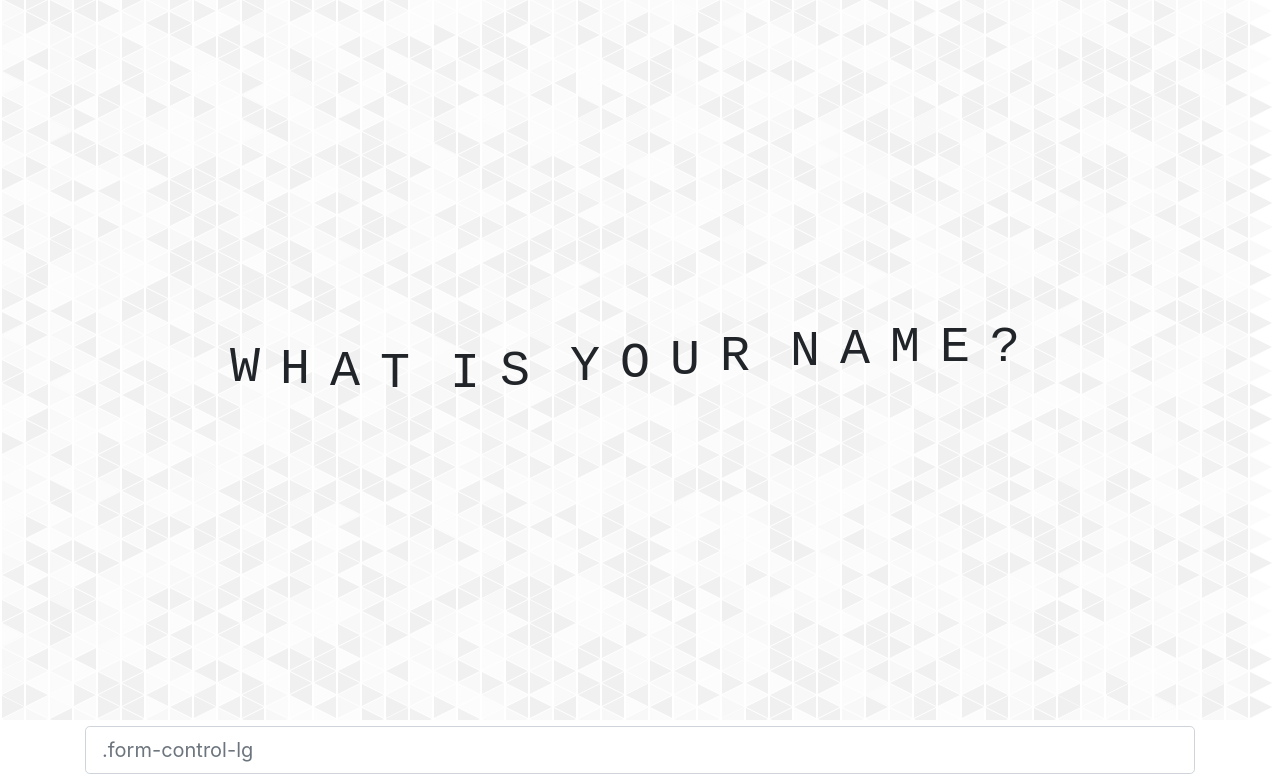
Repository: Aaquib111/Aaquib111.github.io
Page: index.html
An editor plug-in stored every save of this project. The page is shown before and after the next save, followed by the edit.
The browser window is 1280 px wide. The pictures show the whole page.

Above is the page before, as saved 2021-05-12 21:35:21.

### index.html
<!DOCTYPE html>
<html>
    <head>
        <meta charset="utf-8">
        <title></title>
        <link rel="stylesheet" type="text/css" href="css\background.css">
        <link rel="stylesheet" href="https://maxcdn.bootstrapcdn.com/bootstrap/4.0.0/css/bootstrap.min.css" integrity="sha384-Gn5384xqQ1aoWXA+058RXPxPg6fy4IWvTNh0E263XmFcJlSAwiGgFAW/dAiS6JXm" crossorigin="anonymous">
    </head>
    <body>
         <canvas id="canvas" width=""></canvas>

        <div id="inputs">
        Text <input type="text" placeholder="What is your name?" value="What is your name?" id="texty"><br>
        Speed <input type="number" id="omegset" step="0.1" value="1.8"><br>
        Amplitude <input type="number" id="ampset" step='1' value='20'><br>
        Font size <input type="number" id="fonts" step='1' value='50'><br>
        Waves <input type="number" id="waves" step='0.1' value='4' min='0' max='8'><br>
        </div>
        <div class="container">
            <div id="wrap" class="row"></div>
            <div display="flex" flex-direction="column">
                <input class="form-control form-control-lg" type="text" placeholder=".form-control-lg">
            </div>
        </div>


       <script src="js\background.js"></script>
    </body>
</html>

### css/background.css
* {
  margin: 0;
  padding: 0;
}

html, body {
  height: 100%;
  width: 100%;
}

canvas{
  height: 100%;
  width: 100%;
}


#wrap{
  z-index: 1;
  position: absolute;
  left: 0;
  top: 0;
  height: 100vh;
  width: 100vw;
  display: flex;
  align-items: center;
  justify-content: center;
  flex-wrap: wrap;
}

#form-name{
}
.hoovy{
  font-size: 50px;
  font-family: 'VT323',Monospace,sans-serif;
  margin-left: 10px;
  margin-right: 10px;
  -moz-user-select: none;
  -webkit-user-select: none;
  -ms-user-select: none;
}
input{
  background-color: rgba(255,255,255,0.3);
  border: none;
  margin-top: 2px;
  margin-bottom: 2px;
}
#inputs{
  text-align: right;
  color: white;
  font-family: 'VT323';
  padding: 5px 10px;
  border-radius: 5px;
  background-color: rgba(0,0,0,0.2);
  z-index: 2;
  position: absolute;
  box-shadow: #000 2px 3px 10px -2px;
  top: 10px;
  right: 10px;
  -moz-user-select: none;
  -webkit-user-select: none;
  -ms-user-select: none;
  visibility: hidden;
}

### js/background.js
var livePatern = {
    canvas: null,
    context: null,
    cols: 0,
    rows: 0,
    colors: [252, 251, 249, 248, 241, 240],
    triangleColors: [],
    destColors: [],

    init: function(){
      this.canvas = document.getElementById('canvas');
      this.context = this.canvas.getContext('2d');
      this.cols = Math.floor(document.body.clientWidth / 24);
      this.rows = Math.floor(document.body.clientHeight / 24) + 1;

      this.canvas.width = document.body.clientWidth;
      this.canvas.height = document.body.clientHeight;

      this.drawBackground();
      this.animate();
    },

    drawTriangle: function(x, y, color, inverted){
      inverted = inverted == undefined ? false : inverted;

      this.context.beginPath();
      this.context.moveTo(x, y);
      this.context.lineTo(inverted ? x - 22 : x + 22, y + 11);
      this.context.lineTo(x, y + 22);
      this.context.fillStyle = "rgb("+color+","+color+","+color+")";
      this.context.fill();
      this.context.closePath();
    },

    getColor: function(){
      return this.colors[(Math.floor(Math.random() * 6))];
    },

    drawBackground: function(){
      var eq = null;
      var x = this.cols;
      var destY = 0;
      var color, y;

      while(x--){
        eq = x % 2;
        y = this.rows;

        while(y--){
          destY = Math.round((y-0.5) * 24);

          this.drawTriangle(x * 24 + 2, eq == 1 ? destY : y * 24, this.getColor());
          this.drawTriangle(x * 24, eq == 1 ? destY  : y * 24, this.getColor(), true);
        }
      }
    },

    animate: function(){
      var me = this;

      var x = Math.floor(Math.random() * this.cols);
      var y = Math.floor(Math.random() * this.rows);
      var eq = x % 2;

      if (eq == 1) {
        me.drawTriangle(x * 24, Math.round((y-0.5) * 24) , this.getColor(), true);
      } else {
        me.drawTriangle(x * 24 + 2, y * 24, this.getColor());
      }

      setTimeout(function(){
        me.animate.call(me);
      }, 10);
    },
  };

  !function(){livePatern.init();}()


  let waves = 4;

  function docify(str){
    document.getElementById('wrap').innerHTML = "";
    for(let i = 0; i < str.length; i++){
      let el = document.createElement('div');
      el.className = "hoovy";
      el.appendChild(  document.createTextNode(str.charAt(i))  );
      el.setAttribute('data-phi',i*Math.PI/(10 - waves));
      el.style.transform = "";
      document.getElementById('wrap').appendChild(el);
    }
    document.getElementById('wrap').appendChild(document.createElement('br'));
  }

  let omeg = 1.8,
      ampl = 13,
      wrap = document.getElementById('wrap'),
      time = 0;

  function anim(){

    if(omeg * time > 2*Math.PI){
      time = 0;
    }
    for(let k = 0; k < wrap.childNodes.length; k++){
      let elem = wrap.childNodes[k];
      let phi = elem.getAttribute('data-phi');
      elem.style.transform = 'translateY('+ampl*Math.sin(omeg*time + phi/2) + 'px)';
    }
    time += 6/100;
    requestAnimationFrame(anim);
  };

  document.getElementById('wrap').innerHTML = "";

  document.getElementById('ampset').oninput = function(){
    ampl = this.value;
  }
  document.getElementById('omegset').oninput = function(){
    omeg = this.value;
  }
  document.getElementById('fonts').oninput = function(){
    for(let i = 0; i < wrap.childNodes.length; i++){
      wrap.childNodes[i].style.fontSize = document.getElementById('fonts').value + 'px';
    }
  }
  document.getElementById('waves').oninput = function(){
    waves = this.value;
    docify(document.getElementById('texty').value);
  }
  document.getElementById('texty').oninput = function(){
    docify(this.value);
  }

  docify('WHAT IS YOUR NAME?');
  anim();

After the next save:
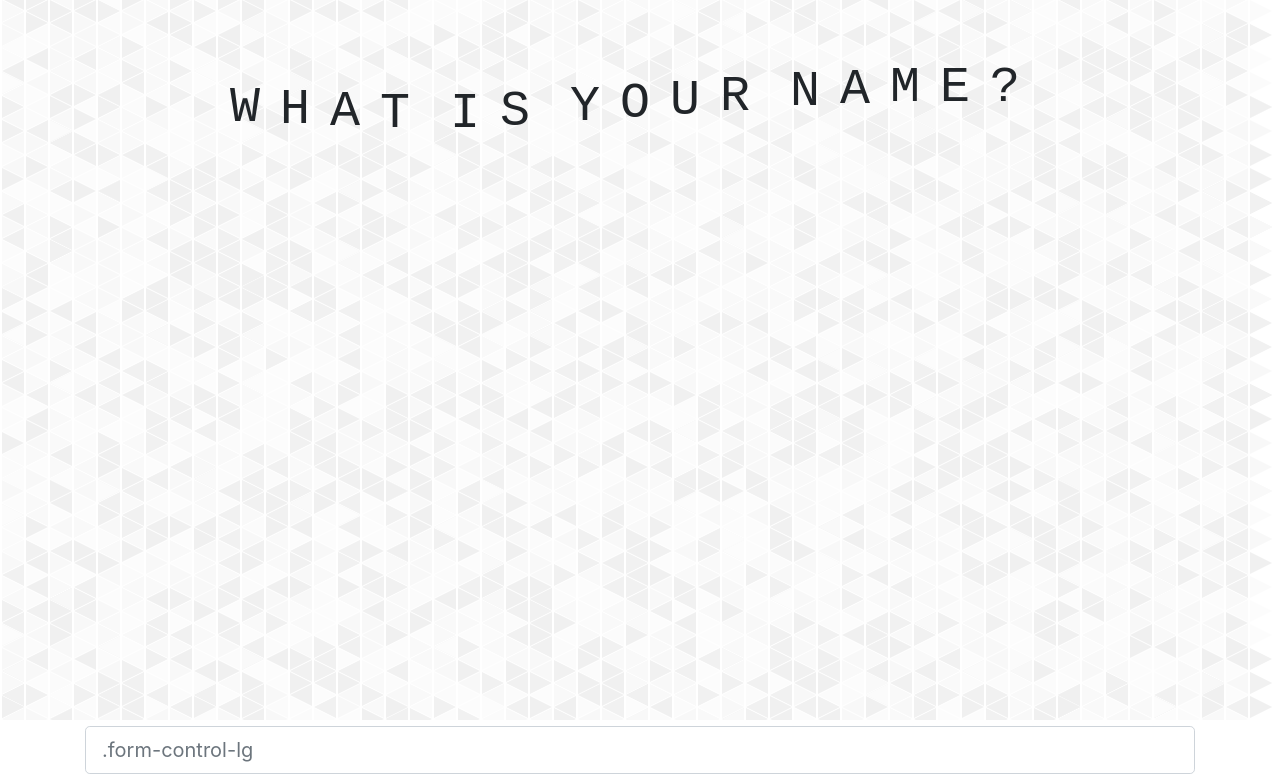
Saved 85 s later.
--- a/css/background.css
+++ b/css/background.css
@@ -25,6 +25,7 @@
   align-items: center;
   justify-content: center;
   flex-wrap: wrap;
+  max-height: 200px;
 }
 
 #form-name{

After the save that followed:
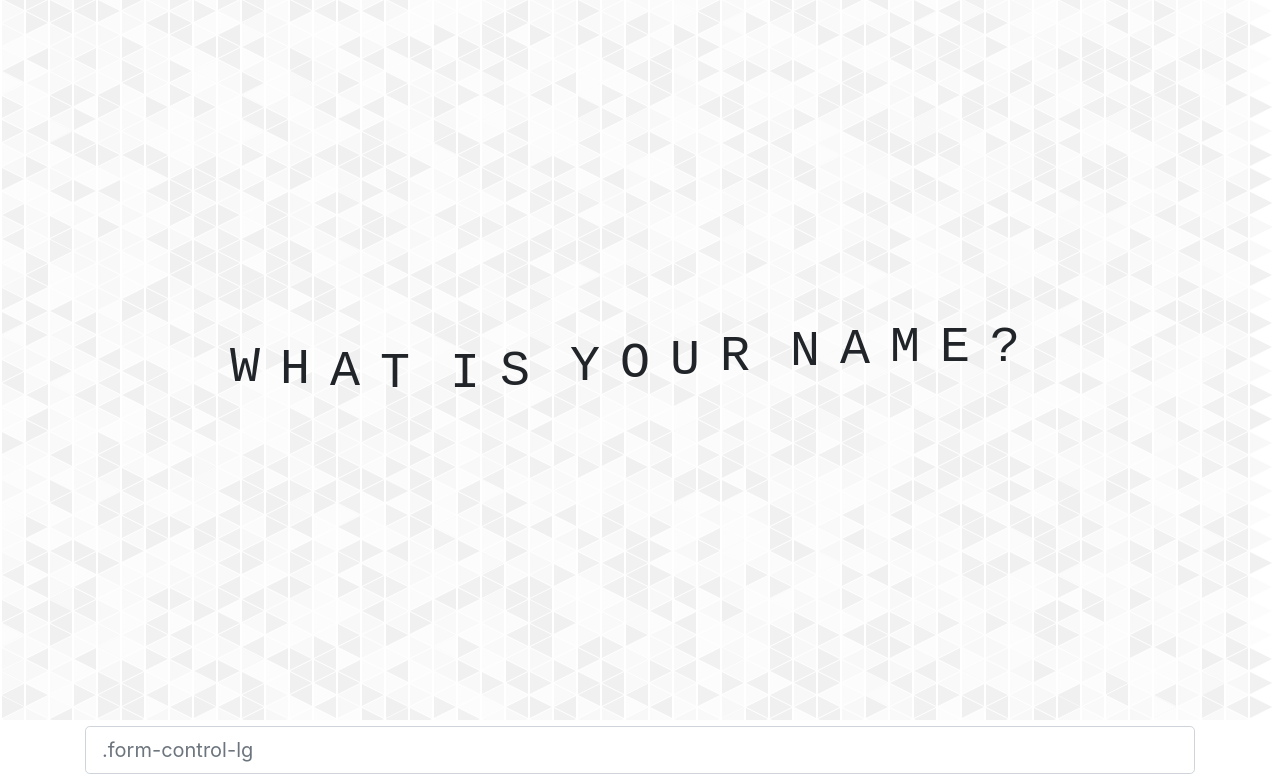
Saved 18 s later.
--- a/css/background.css
+++ b/css/background.css
@@ -25,7 +25,7 @@
   align-items: center;
   justify-content: center;
   flex-wrap: wrap;
-  max-height: 200px;
+  max-height: 100vh;
 }
 
 #form-name{
